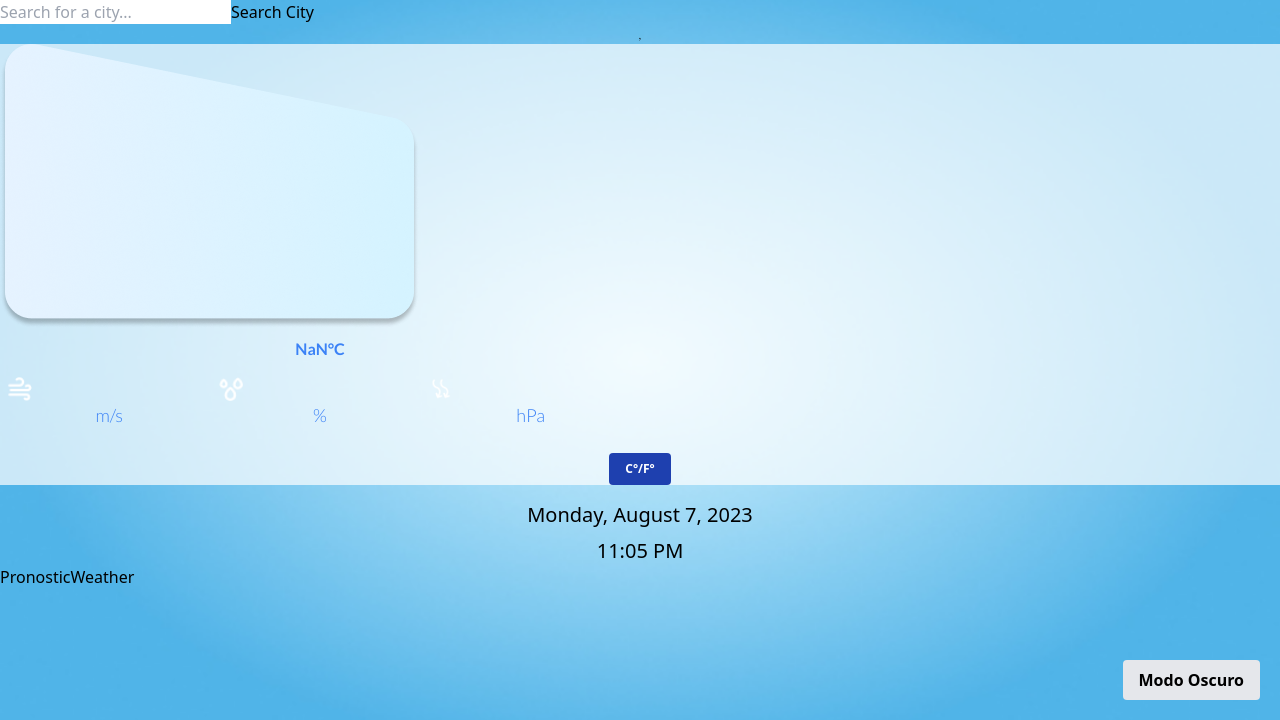
Repository: LukasMoyano/WeatherApp-_-LukasMoyano-_-V-_4.0_6.6.6
Page: /
These files come from the project's save history. The page is drawn as it stood at one moment and after the next save; the edit follows.
The browser window is 1280 px wide. The pictures show the whole page.
The page's requests for data from a server got no answer. The project was rebuilt for these pictures with package versions that can differ from the ones it lists, and the page was loaded fresh each time. No one was signed in, and anything a server would have sent is missing. Also part of the build but not shown: vite.config.js.

Above is the page before, as saved 2023-08-07 23:29:45.

### index.html
<!DOCTYPE html>
<html lang="en">
  <head>
    <meta charset="UTF-8" />
    <link rel="icon" type="image/png" href="thor-hammer.png">
    <meta name="viewport" content="width=device-width, initial-scale=1.0" />
    <title>WeatherApp - LukasMoyano-</title>
  </head>
  <body>
    <div id="root"></div>
    <script type="module" src="/src/main.jsx"></script>
  </body>
</html>

### src/main.jsx
import React from 'react'
import ReactDOM from 'react-dom/client'
import App from "/src/App.jsx";

ReactDOM.createRoot(document.getElementById('root')).render(
  <React.StrictMode>
    <App />
  </React.StrictMode>,
)

### src/App.jsx
import React, { useEffect, useState } from "react";
import axios from "axios";
import Weather from "./components/Weather";
import "./App.css";
import SearchBar from "./components/SearchBar";
import PronosticWeather from "./components/PronosticWeather";

function App() {
  const [weatherInfo, setWeatherInfo] = useState(null);
  const [isDarkMode, setIsDarkMode] = useState(false);

  const toggleDarkMode = () => {
    setIsDarkMode(!isDarkMode);
  };

  useEffect(() => {
    navigator.geolocation.getCurrentPosition(success);
  }, []);

  const success = (pos) => {
    const lat = pos.coords.latitude;
    const lon = pos.coords.longitude;
    const API_KEY = "f61630c5193995d939b6b8024057b009";
    const url = `https://api.openweathermap.org/data/2.5/weather?lat=${lat}&lon=${lon}&appid=${API_KEY}`;

    axios
      .get(url)
      .then(({ data }) => setWeatherInfo(data))
      .catch((err) => console.log(err));
  };

  const backgroundImage = isDarkMode
    ? "background/image002_DarkVersion.jpg"
    : "background/image001_LightVersion.jpg";

  return (
    <div className={`min-h-screen ${isDarkMode ? "dark" : ""}`}>
      <main
        className={`min-h-screen font-lato relative ${
          isDarkMode ? "bg-black bg-opacity-50 text-white" : "bg-white bg-opacity-70 text-black"
        }`}
        style={{
          backgroundImage: `url(${backgroundImage})`,
          backgroundSize: "cover",
          backgroundPosition: "center",
        }}
      >
        <SearchBar setWeatherInfo={setWeatherInfo} />
        <Weather weatherInfo={weatherInfo} isDarkMode={isDarkMode} />
        <PronosticWeather/>

        <button
          onClick={toggleDarkMode}
          className={`absolute bottom-5 right-5 px-4 py-2 font-bold rounded ${
            isDarkMode ? "bg-gray-800 text-white" : "bg-gray-200 text-black"
          }`}
        >
          {isDarkMode ? "Modo Claro" : "Modo Oscuro"}
        </button>
      </main>
    </div>
  );
}

export default App;

### src/components/Weather.jsx
import React, { useState } from "react";

const Weather = ({ weatherInfo, isDarkMode }) => {
  const [isCelsius, setIsCelsius] = useState(true);

  const toggleTemperatureUnit = () => {
    setIsCelsius(!isCelsius);
  };

  const convertTemperature = (temperature) => {
    if (isCelsius) {
      return Math.round(temperature - 273.15) + "°C";
    } else {
      return Math.round(((temperature - 273.15) * 9) / 5 + 32) + "°F";
    }
  };

  const getCurrentDateTime = () => {
    const currentDate = new Date();
    const options = {
      weekday: "long",
      day: "numeric",
      month: "long",
      year: "numeric",
    };
    const date = currentDate.toLocaleDateString(undefined, options);
    const time = currentDate.toLocaleTimeString(undefined, {
      hour: "numeric",
      minute: "numeric",
    });
    return { date, time };
  };

  const { date, time } = getCurrentDateTime();

  return (
<main>

<h1 className="w-full h-full flex items-center justify-center font-Lato text-sm font-light">
  {weatherInfo?.name}, {weatherInfo?.sys?.country}
</h1>



<section className= {`relative ${
        isDarkMode
          ? "bg-black bg-opacity-50 text-white"
          : "bg-white bg-opacity-70 text-black"
      }`}
      >
        <section classeName="absolute ">
{isDarkMode ? <img src="public/background_info_cads/card_image002_Dark version.png"/> : <img src="public/background_info_cads/card_image001_LightVersion.png"/>}

        </section>


      <section className="flex justify-center-items-center">

        {/* Columna Izquierda */}
        <div className="w-1/2 p-2 text-center">

          {/* Temperatura Actual */}
          <div className={` font-lato font-Lato text-79 font-semibold leading-23 tracking-normal text-center text-blue-500
           ${isDarkMode ? "text-white" : "text-black"}`}>
            {convertTemperature(weatherInfo?.main.temp)}
          </div>
          {/* Detalles del Clima */}
          <div className="w-124 h-95 top-258 left-26 font-Lato text-79 font-light leading-95 tracking-normal text-center text-blue-500 grid grid-cols-3 gap-2 mt-4 font-lato font-bold leading-4 ">
            <div className="text-lg ">
              <img src="./images/wind.png" alt="Wind Icon" className="w-6 h-6" />
              {weatherInfo?.wind.speed} m/s
            </div>
            <div className="text-lg">
              <img src="./images/humidity.png" alt="Humidity Icon" className="w-6 h-6" />
              {weatherInfo?.main.humidity}%
            </div>
            <div className="text-lg">
              <img src="./images/pressure.png" alt="Pressure Icon" className="w-6 h-6" />
              {weatherInfo?.main.pressure} hPa
            </div>
          </div>
          {/* Nombre de la Ciudad */}{/* País */}

        </div>

        {/* Columna Derecha */}
        <div className="w-1/2 p-2 text-center">
          {/* Icono del Clima */}
          {weatherInfo?.weather[0].icon && (
            <img src={`https://openweathermap.org/img/wn/${weatherInfo?.weather[0].icon}@4x.png`} alt="Weather Icon" className="mx-auto h-24" />
          )}
          <h3 className="text-base mt-4 mb-2">
            {weatherInfo?.weather[0].description}
          </h3>
        </div>
      </section>

      {/* Botón para Alternar entre Celsius y Fahrenheit */}
      <section className="flex items-center justify-center mt-4">
        <button
          onClick={toggleTemperatureUnit}
          className={`bg-blue-800 hover:bg-blue-700 text-white font-bold py-2 px-4 rounded mx-auto block text-xs ${
            isDarkMode ? "bg-opacity-70" : "bg-opacity-100"
          }`}
        >
          C°/F°
        </button>
      </section>
    </section>
          {/* Mostrar la Fecha y Hora */}
          <section className="text-center mt-4">
          <p className={`text-xl mb-2 ${isDarkMode ? "text-white" : "text-black"}`}>
            {date}
          </p>
          <p className={`text-xl ${isDarkMode ? "text-white" : "text-black"}`}>
            {time}
          </p>
        </section>
</main>
  );
};

export default Weather;

### src/App.css
@import url(https://fonts.googleapis.com/css?family=Lato:100,100italic,300,300italic,regular,italic,700,700italic,900,900italic);

@import url('https://fonts.googleapis.com/css2?family=Lato:wght@300;400;700&display=swap');


@import 'tailwindcss/base';
@import 'tailwindcss/components';
@import 'tailwindcss/utilities';

### src/components/SearchBar.jsx
import React, { useState, useEffect } from "react";
import axios from "axios";

const SearchBar = ({ setWeatherInfo }) => {
  const [city, setCity] = useState("");
  const [suggestedCities, setSuggestedCities] = useState([]);
  const [isFetching, setIsFetching] = useState(false);

  const API_KEY = "f61630c5193995d939b6b8024057b009";

  const handleCityChange = (event) => {
    const value = event.target.value;
    setCity(value);
    if (value) {
      fetchSuggestedCities(value);
    } else {
      setSuggestedCities([]);
    }
  };

  const fetchSuggestedCities = async (query) => {
    setIsFetching(true);
    try {
      const response = await fetch(
        `https://api.openweathermap.org/data/2.5/find?q=${query}&type=like&cnt=5&appid=${API_KEY}`
      );
      const data = await response.json();
      setSuggestedCities(data.list);
    } catch (error) {
      console.error("Error fetching suggested cities:", error);
    } finally {
      setIsFetching(false);
    }
  };

  const handleSuggestionClick = (suggestion) => {
    setCity(suggestion.name);
    setSuggestedCities([]);
  };

  const handleSearch = () => {
    if (city.trim() !== "") {
      fetchWeatherData(city);
    }
  };

  const fetchWeatherData = (city) => {
    const url = `https://api.openweathermap.org/data/2.5/weather?q=${city}&appid=${API_KEY}`;

    axios
      .get(url)
      .then(({ data }) => setWeatherInfo(data))
      .catch((err) => console.log(err));
  };

  useEffect(() => {
    const handleKeyPress = (event) => {
      if (event.key === "Enter") {
        handleSearch();
      }
    };
    window.addEventListener("keydown", handleKeyPress);
    return () => {
      window.removeEventListener("keydown", handleKeyPress);
    };
  }, [city]);

  return (
    <main>
      <label>
        <input
          type="text"
          value={city}
          placeholder="Search for a city..."
          onChange={handleCityChange}
        />
        {suggestedCities.length > 0 && (
          <ul className="suggestions">
            {suggestedCities.map((suggestion) => (
              <li
                key={suggestion.id}
                onClick={() => handleSuggestionClick(suggestion)}
              >
                {suggestion.name}, {suggestion.sys.country}
              </li>
            ))}
          </ul>
        )}
        <button onClick={handleSearch} disabled={isFetching}>
          Search City
        </button>
      </label>
    </main>
  );
};

export default SearchBar;

### src/components/PronosticWeather.jsx
import React from 'react'

const PronosticWeather = () => {
  return (
    <div>PronosticWeather</div>
  )
}

export default PronosticWeather

### tailwind.config.js
/** @type {import('tailwindcss').Config} */
export default {
  content: [
    "./index.html",
    "./src/**/*.{js,ts,jsx,tsx}",
  ],
  theme: {
    extend: {},
    fontFamily: {
      Lato: ["Lato", "Sans-Serif"]
    }
  },
  plugins: [],

}

After the next save:
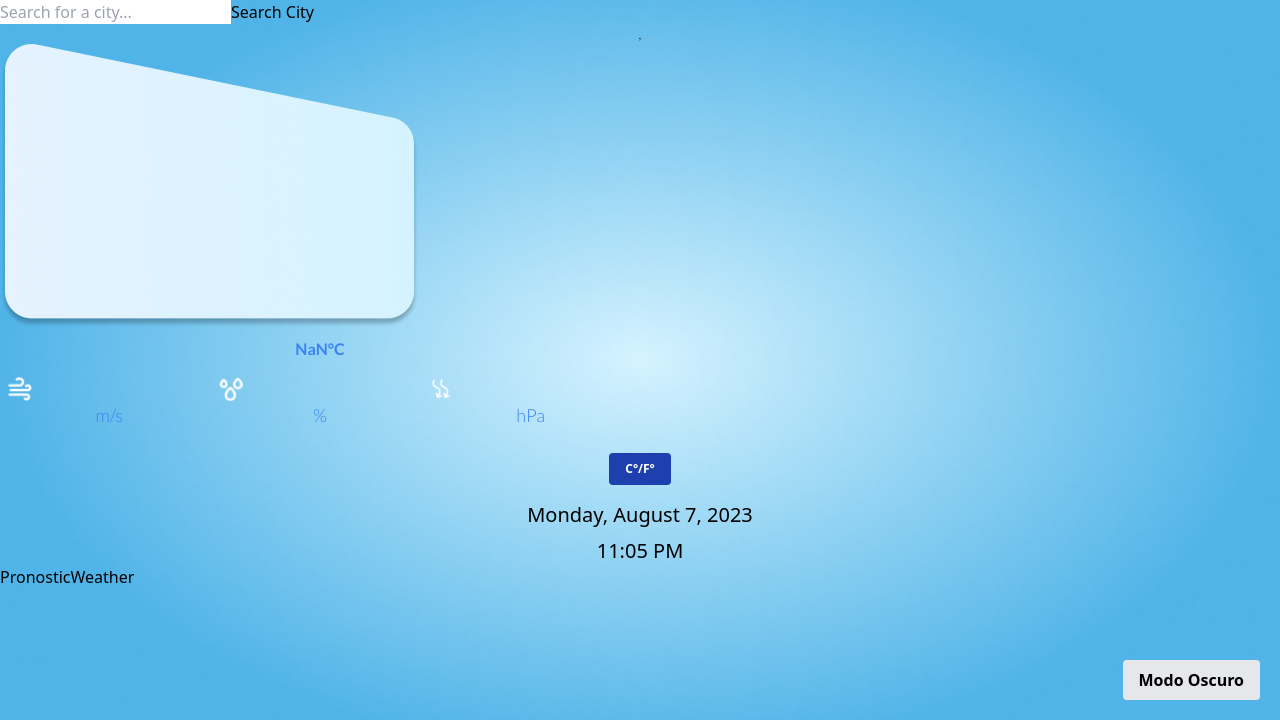
Saved 70 s later.
--- a/src/components/Weather.jsx
+++ b/src/components/Weather.jsx
@@ -44,8 +44,8 @@ const Weather = ({ weatherInfo, isDarkMode }) => {
 
 <section className= {`relative ${
         isDarkMode
-          ? "bg-black bg-opacity-50 text-white"
-          : "bg-white bg-opacity-70 text-black"
+          ? " text-white"
+          : " text-black"
       }`}
       >
         <section classeName="absolute ">
